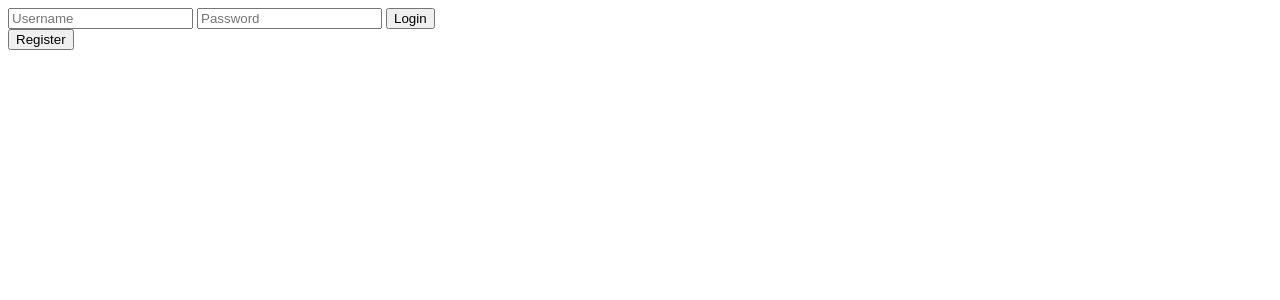
Repository: rhddbr24/bookstore
Page: src/main/resources/templates/user/login.html
An editor plug-in stored every save of this project. The page is shown before and after the next save, followed by the edit.
The browser window is 1280 px wide. The pictures show the whole page.

Above is the page before, as saved 2025-07-09 16:18:34.

After the next save:
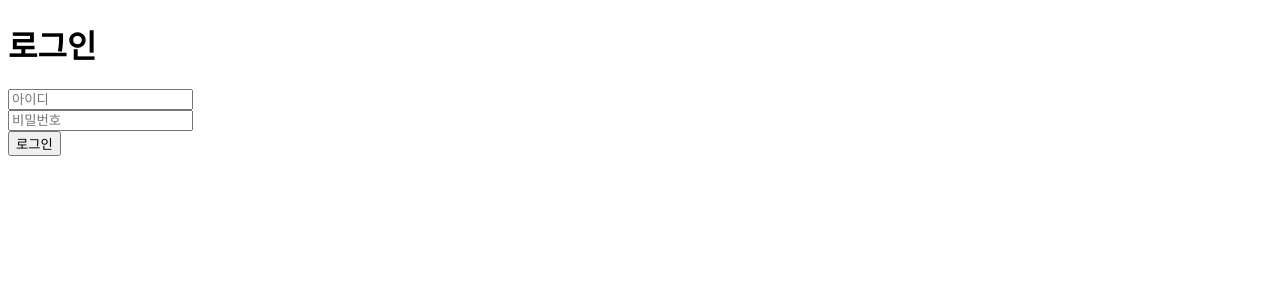
Saved 5 s later.
--- a/src/main/resources/templates/user/login.html
+++ b/src/main/resources/templates/user/login.html
@@ -1,17 +1,14 @@
 <!DOCTYPE html>
-<html lang="en">
+<html xmlns:th="http://www.thymeleaf.org">
 <head>
-    <meta charset="UTF-8">
-    <title>Title</title>
+    <title>로그인</title>
 </head>
 <body>
-    <form action="/login" method="post">
-        <input type="text" name="username" placeholder="Username">
-        <input type="password" name="password" placeholder="Password">
-        <button type="submit">Login</button>
-    </form>
-    <form action="/register" method="get">
-        <button type="submit">Register</button>
-    </form>
+<h1>로그인</h1>
+<form th:action="@{/users/login}" method="post">
+    <input type="text" name="username" placeholder="아이디" required/><br/>
+    <input type="password" name="password" placeholder="비밀번호" required/><br/>
+    <button type="submit">로그인</button>
+</form>
 </body>
 </html>
